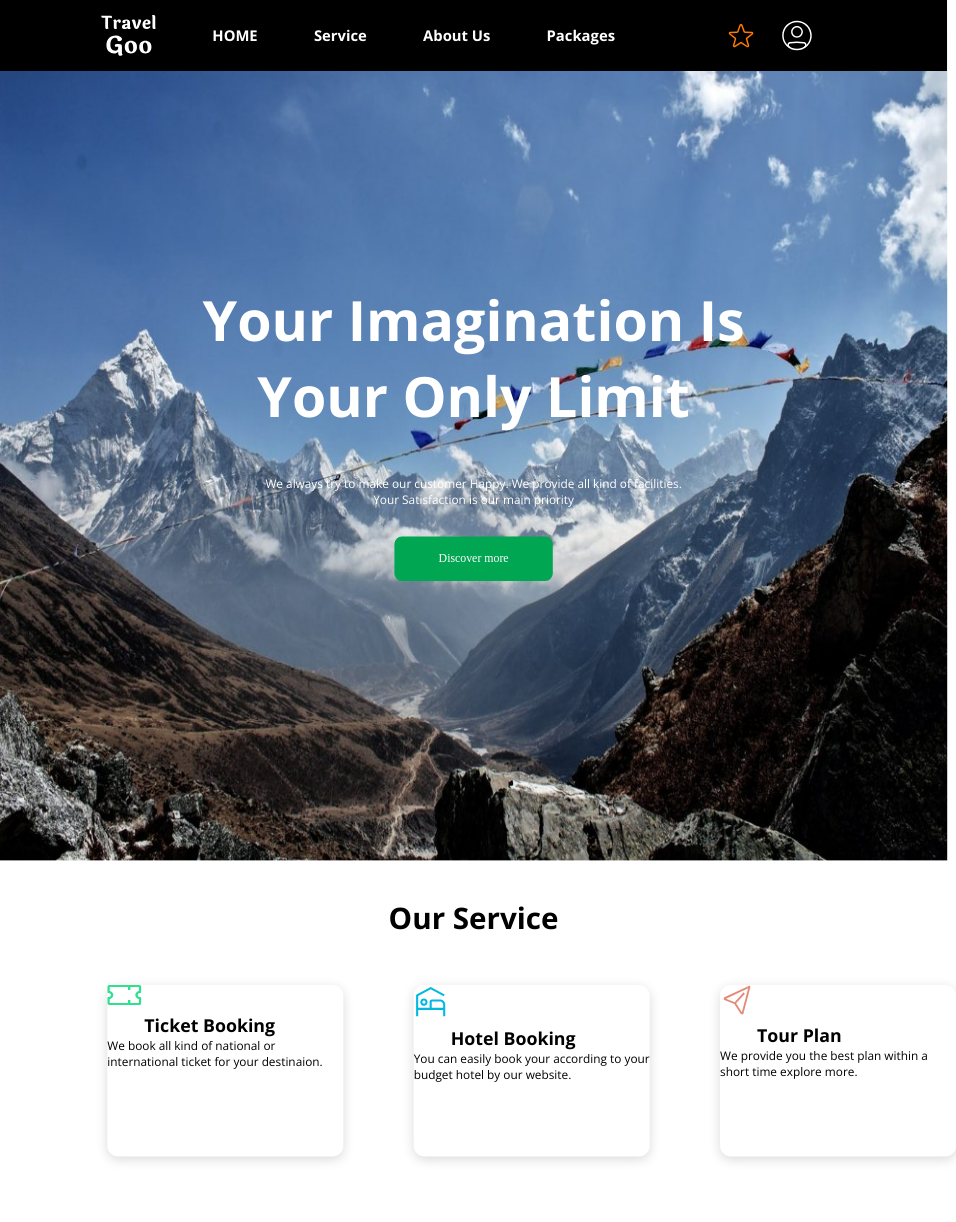
Repository: kubrazamanova/Background-Image
Page: index.html
An editor plug-in stored every save of this project. The page is shown before and after the next save, followed by the edit.
The browser window is 1280 px wide. The page is 1292 px wide, so the pictures cover 1292 px, including what lies to the right of the window. The pictures show the whole page, at 74% of full size.

Above is the page before, as saved 2023-10-17 18:53:34.

After the next save:
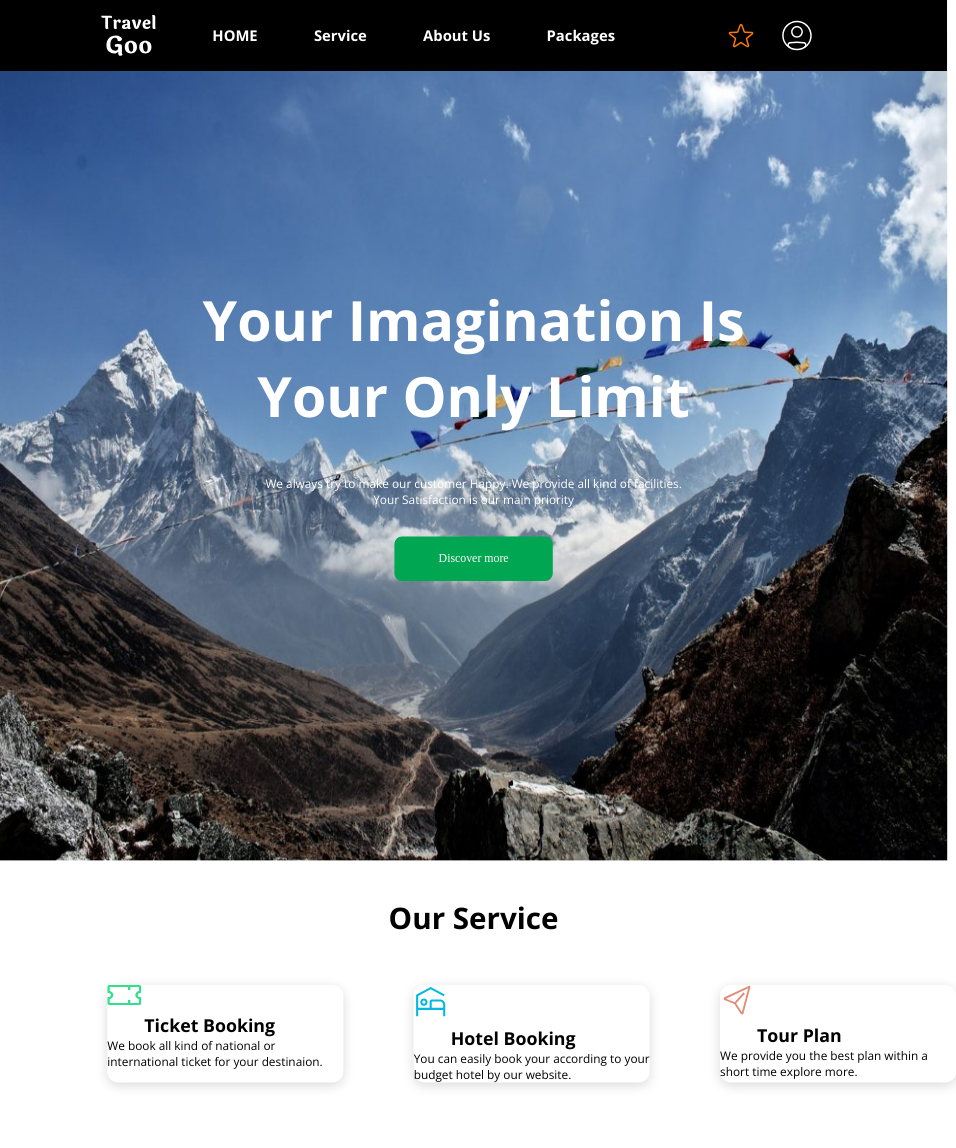
Saved 13 s later.
--- a/index.css
+++ b/index.css
@@ -112,7 +112,7 @@ main {
 
 .our-service-page ul li {
   width: 416px;
-  height: 232px;
+  /* height: 232px; */
   margin-right: 95px;
   margin-top: 63px;
   list-style-type: none;
